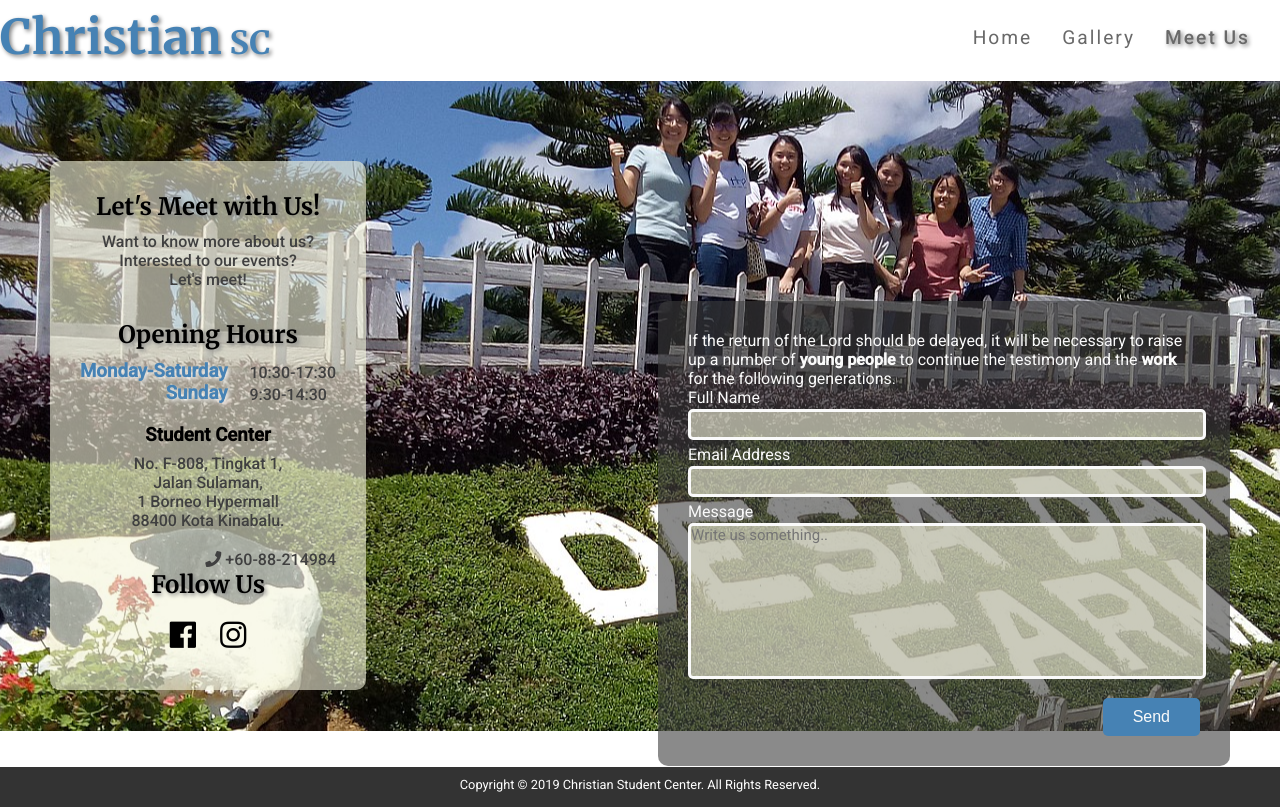
Repository: kongteckmee/christian-sc
Page: meet.html
The author's editor kept a record of every edit. The page is drawn from the files as they stood at one moment, then again after the next edit.
The browser window is 1280 px wide. The pictures show the whole page.
Some web libraries are served in a nearby version.

Above is the page before.

After the next edit:
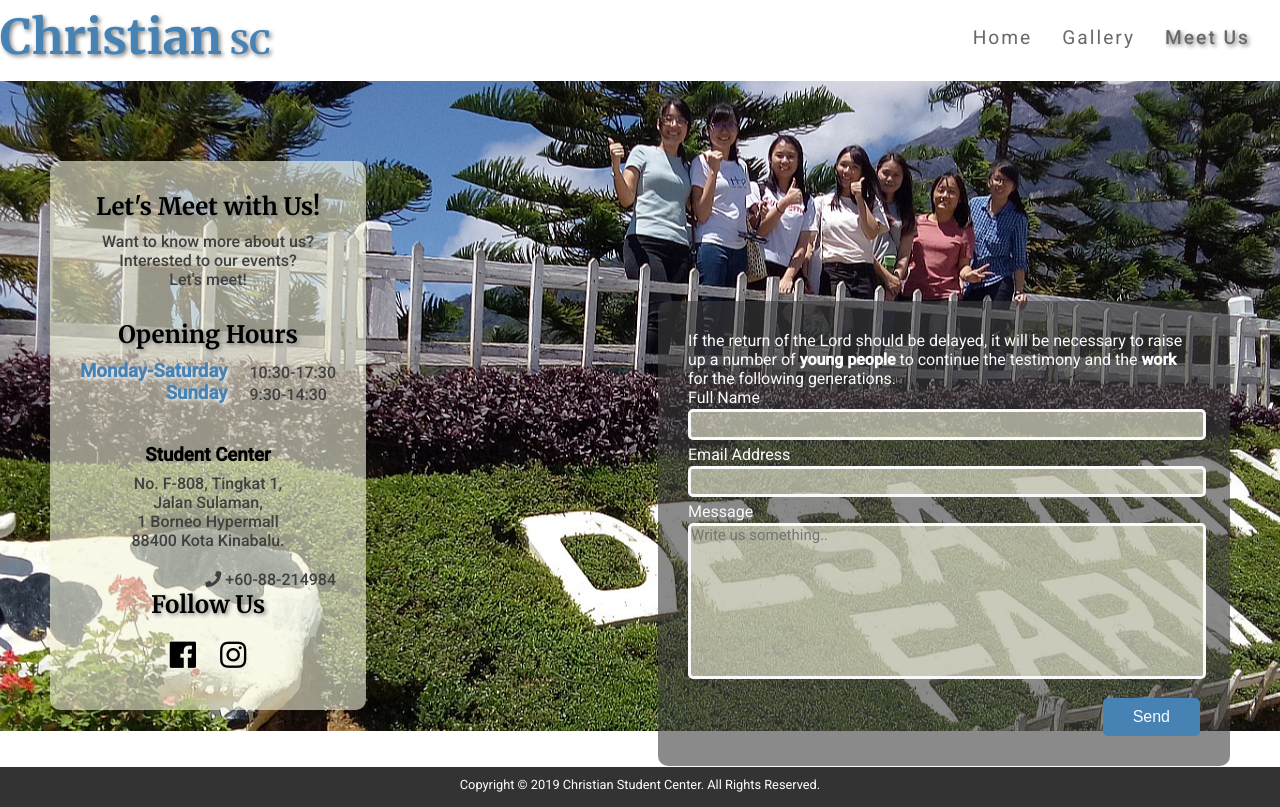
The edit:
--- a/assets/css/style.css
+++ b/assets/css/style.css
@@ -377,7 +377,9 @@
 }
 
 #address {
-    /*clear: both;*/
+    clear: both;
+    margin-top: 20px;
+    display: inline-block;
 }
 
 #address h3 {
